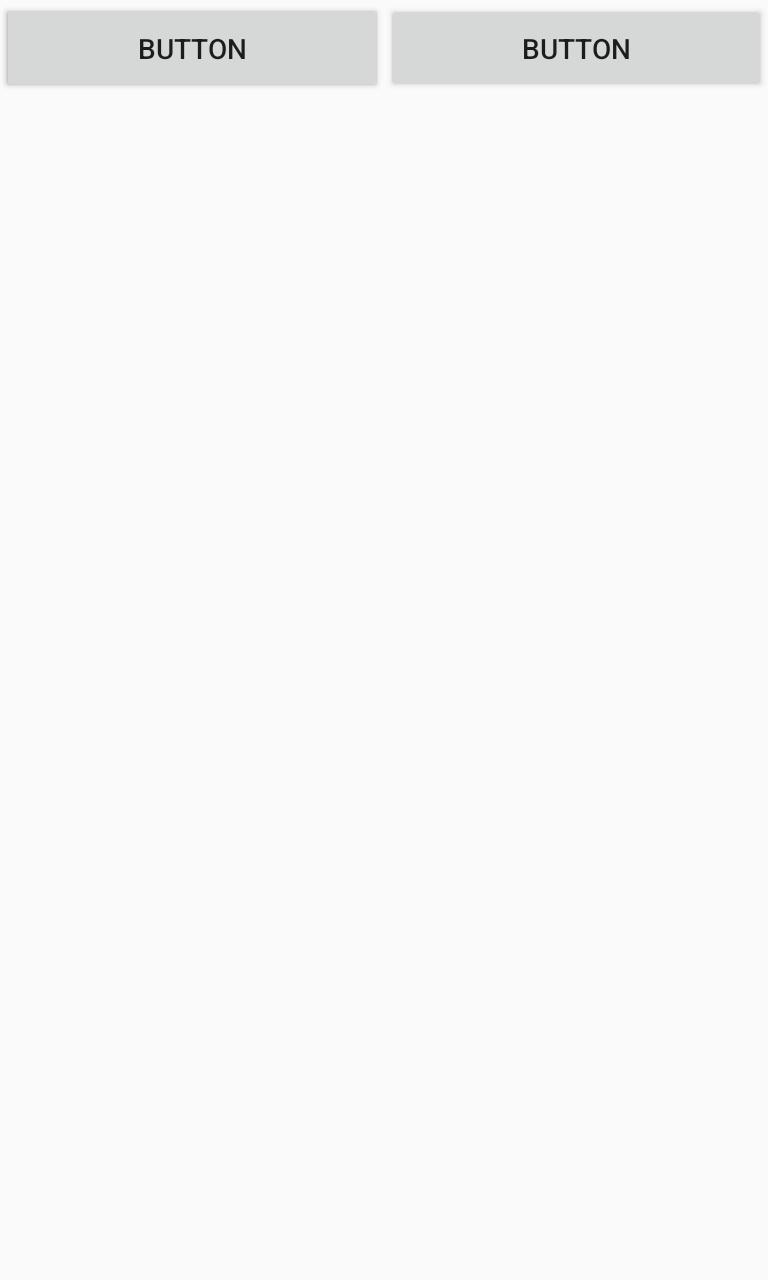
Repository: PaulAlfred/Android_Exercises
Layout: MoreLayouts/res/layout/linrel_layout.xml
The author's editor kept a copy of each file at every save. The layout is drawn from the files as they stood at one save, then again after the next save.
It is drawn on a 768 x 1280 px phone screen (xhdpi) without system bars, with theme AppTheme; the app's code is not run.

Above is the layout before, as saved 2014-10-27 02:04:58.

After the next save:
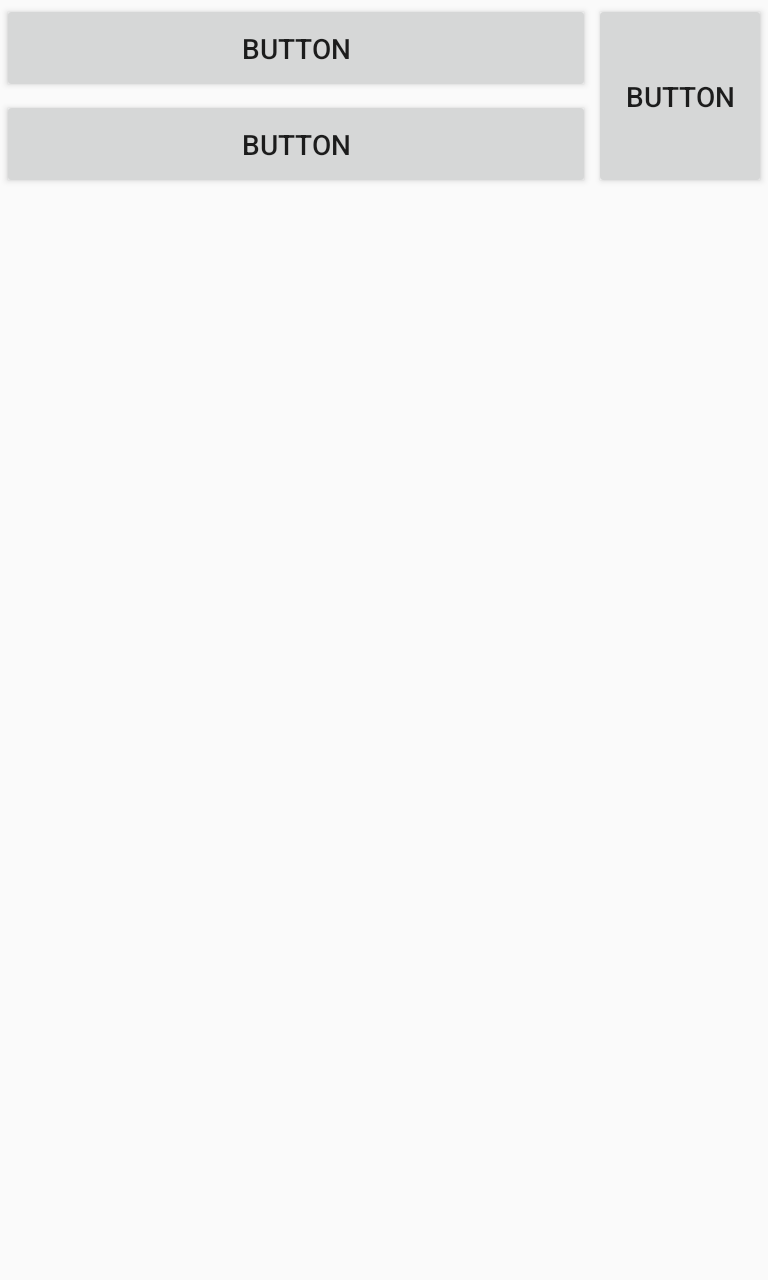
Saved 9 min 56 s later.
--- a/MoreLayouts/res/layout/linrel_layout.xml
+++ b/MoreLayouts/res/layout/linrel_layout.xml
@@ -6,32 +6,38 @@
 
     <LinearLayout
         android:layout_width="match_parent"
-        android:layout_height="match_parent" >
+        android:layout_height="wrap_content" >
 
-        <FrameLayout
+        <RelativeLayout
             android:layout_width="wrap_content"
-            android:layout_height="match_parent"
+            android:layout_height="wrap_content"
             android:layout_weight="1" >
 
             <Button
                 android:id="@+id/button1"
-                android:layout_width="match_parent"
+                android:layout_width="wrap_content"
                 android:layout_height="wrap_content"
+                android:layout_alignParentLeft="true"
+                android:layout_alignParentRight="true"
+                android:layout_weight="1"
                 android:text="Button" />
 
             <Button
                 android:id="@+id/button2"
-                android:layout_width="match_parent"
+                android:layout_width="wrap_content"
                 android:layout_height="wrap_content"
+                android:layout_alignParentLeft="true"
+                android:layout_alignParentRight="true"
                 android:layout_below="@id/button1"
+                android:layout_weight="1"
                 android:text="Button" />
-        </FrameLayout>
+        </RelativeLayout>
 
         <Button
             android:id="@+id/button3"
             android:layout_width="wrap_content"
-            android:layout_height="wrap_content"
-            android:layout_weight="1"
+            android:layout_height="match_parent"
+            android:layout_gravity="top|bottom|fill"
             android:text="Button" />
 
     </LinearLayout>
